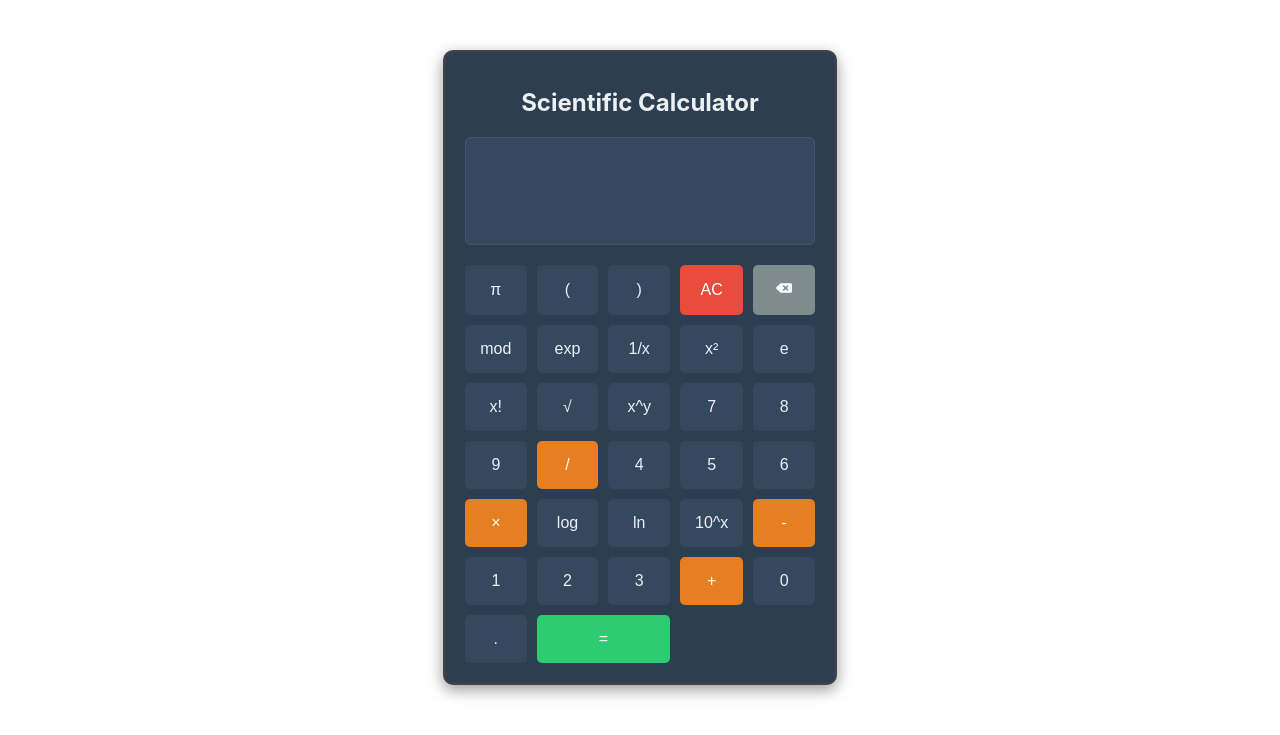
Repository: thesaherriaz/Calculator-React
Page: /
An editor plug-in stored every save of this project. The page is shown before and after the next save, followed by the edit.
The browser window is 1280 px wide. The pictures show the whole page.
The project was rebuilt for these pictures with package versions that can differ from the ones it lists, and the page was loaded fresh each time.

Above is the page before, as saved 2025-06-20 12:44:21.

After the next save:
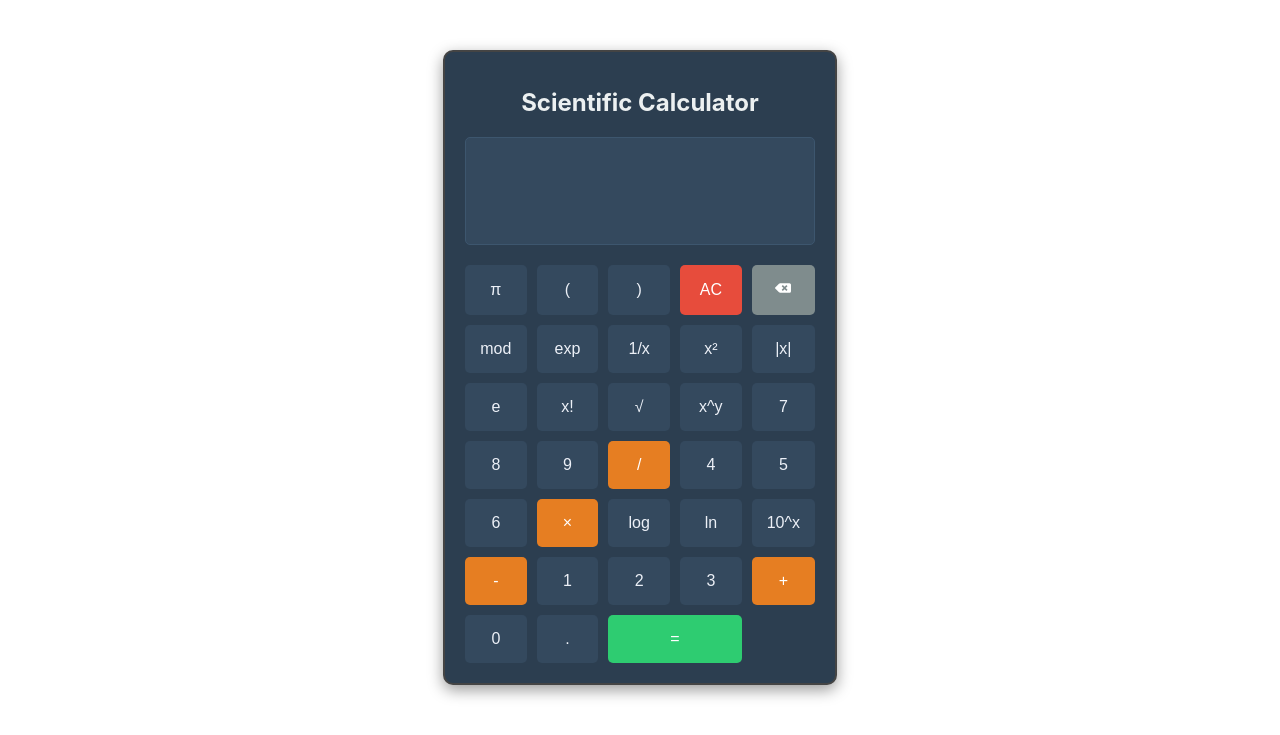
Saved 23 s later.
--- a/src/compnents/Calculator.jsx
+++ b/src/compnents/Calculator.jsx
@@ -74,6 +74,7 @@ function Calculator() {
                 <button onClick={() => handleClick('exp')}>exp</button>
                 <button onClick={() => handleClick('1/x')}>1/x</button>
                 <button onClick={() => handleClick('x²')}>x²</button>
+                <button onClick={() => handleClick('Math.abs()')}>|x|</button>
 
                 <button onClick={() => handleClick('e')}>e</button>
                 <button onClick={() => handleClick('x!')}>x!</button>
